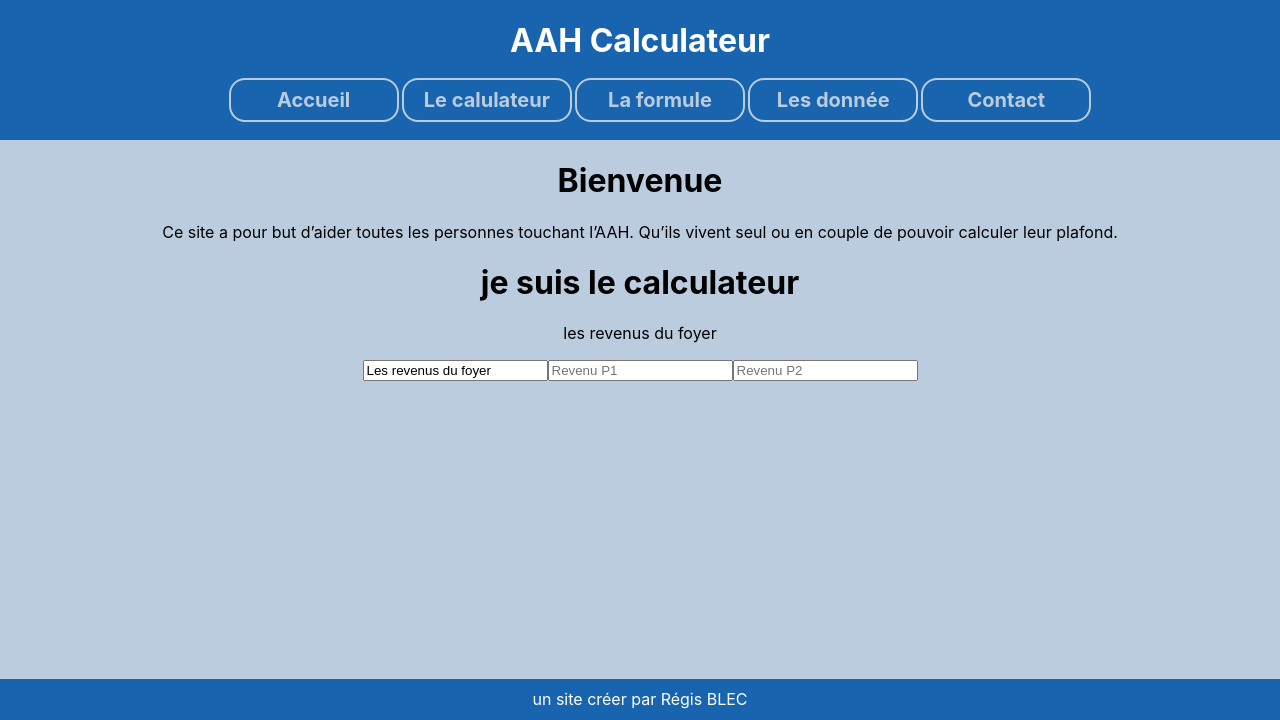
Repository: Cide74/calculateur-aah
Page: /
These files come from the project's save history. The page is drawn as it stood at one moment and after the next save; the edit follows.
The browser window is 1280 px wide. The pictures show the whole page.
The project was rebuilt for these pictures with package versions that can differ from the ones it lists, and the page was loaded fresh each time. Also part of the build but not shown: src/components/Calculator/Calculator.scss.

Above is the page before, as saved 2021-04-05 17:18:03.

### public/index.html
<!DOCTYPE html>
<html lang="fr">
  <head>
    <meta charset="utf-8" />
    <link rel="icon" href="%PUBLIC_URL%/logoAAH.ico" />
    <meta name="viewport" content="width=device-width, initial-scale=1" />
    <meta name="theme-color" content="#000000" />
    <meta
      name="description"
      content="Web site created using create-react-app"
    />
    <link rel="apple-touch-icon" href="%PUBLIC_URL%/logoAAH.jpg" />
    <!--
      manifest.json provides metadata used when your web app is installed on a
      user's mobile device or desktop. See https://developers.google.com/web/fundamentals/web-app-manifest/
    -->
    <link rel="manifest" href="%PUBLIC_URL%/manifest.json" />
    <!--
      Notice the use of %PUBLIC_URL% in the tags above.
      It will be replaced with the URL of the `public` folder during the build.
      Only files inside the `public` folder can be referenced from the HTML.

      Unlike "/favicon.ico" or "favicon.ico", "%PUBLIC_URL%/favicon.ico" will
      work correctly both with client-side routing and a non-root public URL.
      Learn how to configure a non-root public URL by running `npm run build`.
    -->
    <title>React App</title>
  </head>
  <body>
    <noscript>You need to enable JavaScript to run this app.</noscript>
    <div id="root"></div>
    <!--
      This HTML file is a template.
      If you open it directly in the browser, you will see an empty page.

      You can add webfonts, meta tags, or analytics to this file.
      The build step will place the bundled scripts into the <body> tag.

      To begin the development, run `npm start` or `yarn start`.
      To create a production bundle, use `npm run build` or `yarn build`.
    -->
  </body>
</html>

### src/index.css
body {
  margin: 0;
  font-family: -apple-system, BlinkMacSystemFont, 'Segoe UI', 'Roboto', 'Oxygen',
    'Ubuntu', 'Cantarell', 'Fira Sans', 'Droid Sans', 'Helvetica Neue',
    sans-serif;
  -webkit-font-smoothing: antialiased;
  -moz-osx-font-smoothing: grayscale;







  background-color:#BBCCDE;
  background-color:#1864AF;
}

code {
  font-family: source-code-pro, Menlo, Monaco, Consolas, 'Courier New',
    monospace;
}

### src/App.js
import Header from './components/Header/Header';
import Menu from './components/Menu/Menu';
import Main from './components/Main/Main';
import Footer from './components/Footer/Footer';

import './App.scss';

function App() {
  return (
    <div className="App">
      <Header />
      <Menu />
      <Main />
      <Footer />
    </div>
  );
}

export default App;

### src/components/Header/Header.js
//import Menu from '../Menu/Menu';
import './Header.scss';

export default function Header() {
  return (
    <div className="header">
      <h1 className="header-title">AAH Calculateur</h1>

    </div>
  );
}

### src/components/Menu/Menu.js

import './Menu.scss';

export default function Menu() {
  return (
		<nav className="menu">
			<ul className="menu__list">
				<li className="menu__item menu__item--current">
          <a className="menu__link">Accueil</a></li>
				<li className="menu__item">
          <a className="menu__link">Le calulateur</a></li>
				<li className="menu__item">
          <a className="menu__link">La formule</a></li>
				<li className="menu__item">
          <a className="menu__link">Les donnée</a></li>
				<li className="menu__item">
          <a className="menu__link">Contact</a></li>
			</ul>
		</nav>
  );
}

### src/components/Main/Main.js
import Home from '../Home/Home';
import Calculator from '../Calculator/Calculator';

import './Main.scss';

export default function Main() {
  return (
    <div className="Main">
      < Home />
      < Calculator />

    </div>
  );
}

### src/components/Footer/Footer.js
import './Footer.scss';

export default function Footer() {
  return (
    <div className="Footer">
      <h1 className="Footer-title">un site créer par Régis BLEC</h1>
    </div>
  );
}

### src/App.scss
.App {

  text-align: center;
  background-color:#1864AF ;
  background-color:#BBCCDE;

  display: flex;
  flex-direction: column;
  min-height: 100vh;

  h1 {
   // color:white;
  }
}

### src/components/Header/Header.scss
.header {
    background-color:#1864AF;
    &-title {
        color: white;
        font-size: 2em;
        background-color:#1864AF;
        margin-bottom: 0rem ;
    }
}

### src/components/Menu/Menu.scss
.menu {
    color:#BBCCDE;
    background-color:#1864AF;
    &__list {
        display:inline-flex;
    }
    &__item {
        max-width: auto;
        margin:0.1rem;
        padding: 0.5rem;
        list-style:none;
        font-size: 1.25em;
        font-weight: bolder;
        border-radius: 1rem ;
        border:2px solid #BBCCDE;
        min-width: 150px;
    }
    &__item:hover {
            color :#1864AF;
            border-radius: 3rem ;
            background-color:#BBCCDE;
        }
}

### src/components/Home/Home.js


import './Home.scss';

export default function Home() {
  return (
    <div className='Home'>
      <h1>Bienvenue</h1>
      <p>Ce site a pour but d’aider toutes les personnes touchant l’AAH. Qu’ils vivent seul ou en couple de pouvoir calculer leur plafond. </p>

    </div>
  );
}

### src/components/Calculator/Calculator.js
import React from 'react';


import './Calculator.scss';

export default function Calculator() {






  return (
    <div ClassName='calculateur'>
      <h1>je suis le calculateur</h1>





      <form className='form'>
        <p className='field-input-revenu'>les revenus du foyer</p>
        <input
          type='text'
          className='field-input-revenu'
          onChange= ''
          value="Les revenus du foyer"
          name='revenu-text'
        />
        <input
          type='number'
          className='field-input-revenu'
          onChange= ''
          value=""
          //onChange={handleChange}
          placeholder='Revenu P1 '
          name='revenu1'
        />
        <input
          type='number'
          className='field-input-revenu'
          onChange= ''
          value=""
          //onChange={handleChange}
          placeholder='Revenu P2 '
          name='revenu1'
        />
      </form>
    </div>
  );
}

### src/components/Main/Main.scss
.Main {
    background-color: #BBCCDE;
    flex: 1;


    p {
    overflow: auto;
    }

}

### src/components/Footer/Footer.scss
.Footer {

    text-align: center;
    background-color:#1864AF;

    position: relative;
    width: 100%;

    &-title {
        text-align: center;
        text-overflow: clip;
        color:white;
        font-weight: normal;
        font-size: 1em;
    }

}

Loaded but not shown: src/index.js (common file); src/reportWebVitals.js (common file); src/components/Home/Home.scss (no stored copy; drawn as an empty file)

After the next save:
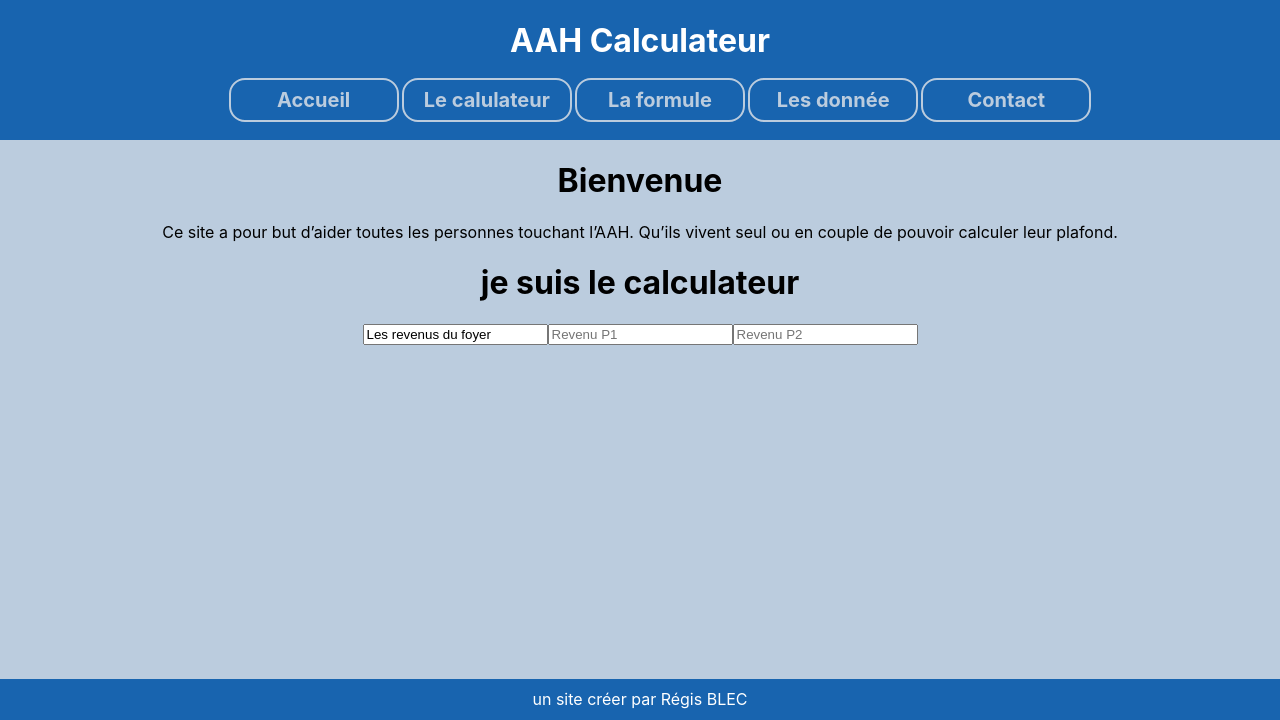
Saved 43 s later.
--- a/src/components/Calculator/Calculator.js
+++ b/src/components/Calculator/Calculator.js
@@ -19,7 +19,6 @@ export default function Calculator() {
 
 
       <form className='form'>
-        <p className='field-input-revenu'>les revenus du foyer</p>
         <input
           type='text'
           className='field-input-revenu'
